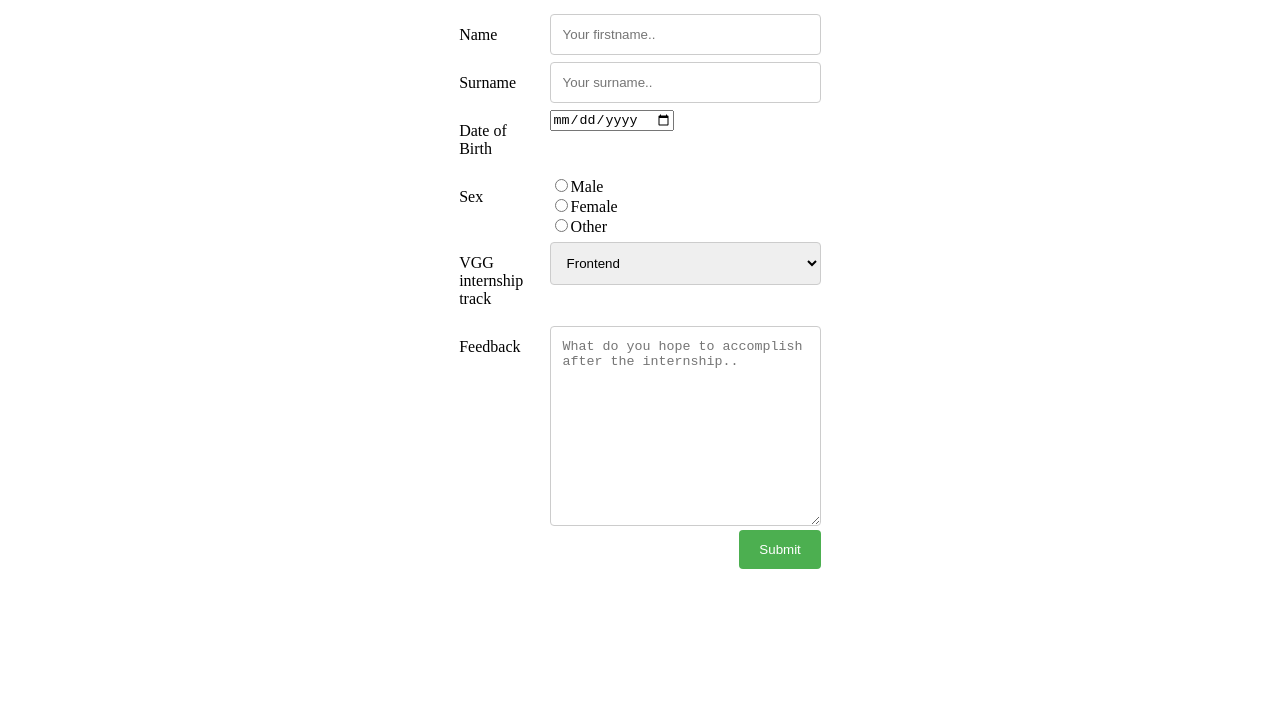
Repository: iphyokafor/VGG-Feedback-form
Page: index2.html
An editor plug-in stored every save of this project. The page is shown before and after the next save, followed by the edit.
The browser window is 1280 px wide. The pictures show the whole page.

Above is the page before, as saved 2020-01-13 00:17:07.

After the next save:
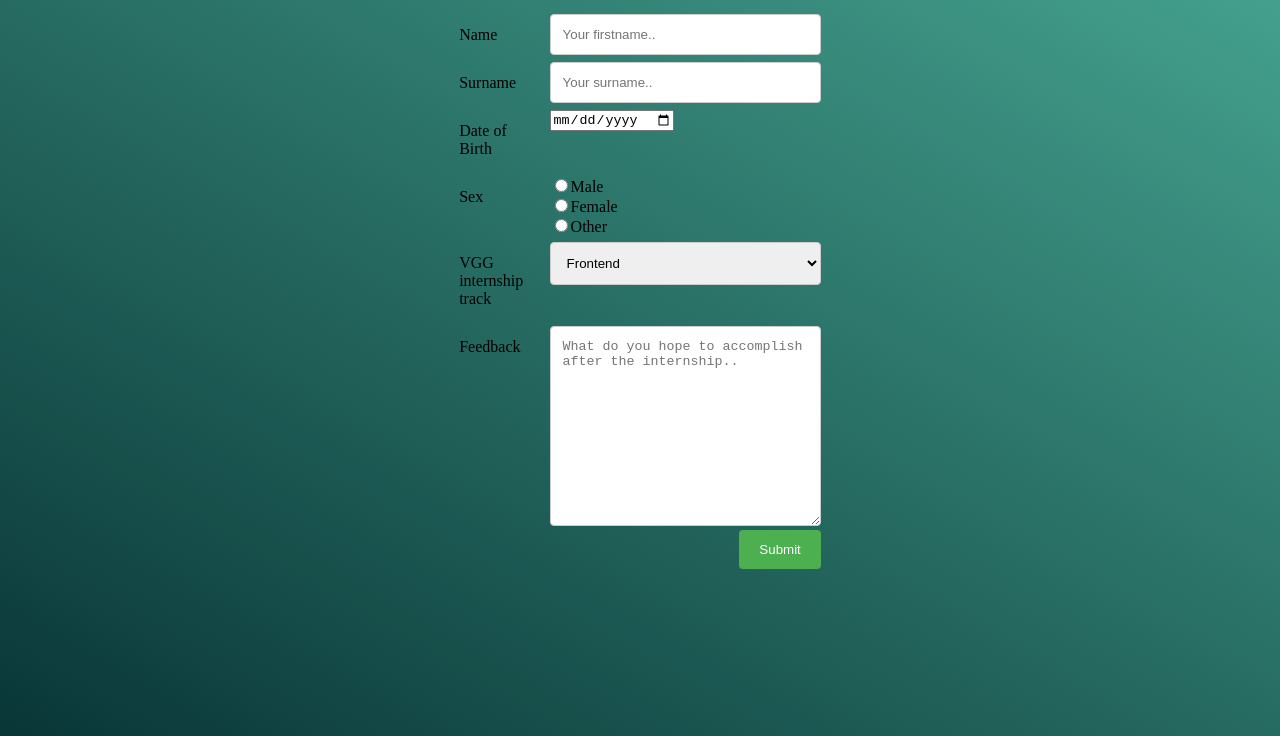
Saved 83 s later.
--- a/main.css
+++ b/main.css
@@ -4,6 +4,9 @@ body {
     display: flex;
     justify-content: center;
     flex-wrap: wrap;
+    background: linear-gradient(to right top, #093637, #44A08D);
+    background-repeat: no-repeat;
+    height: 100vh;
 }
 
 .txtinput,
